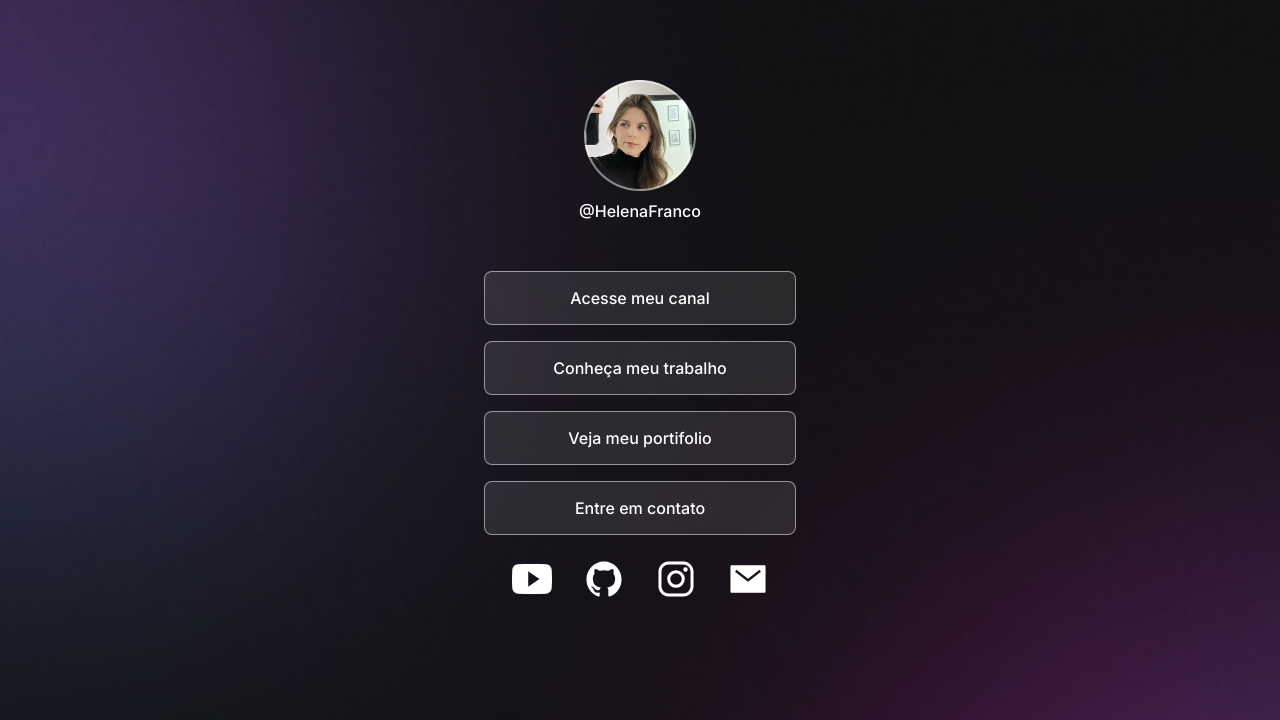
Repository: Fr4nc021/Pagina-de-links-
Page: index.html
These files come from the project's save history. The page is drawn as it stood at one moment and after the next save; the edit follows.
The browser window is 1280 px wide. The pictures show the whole page.

Above is the page before, as saved 2025-02-13 20:32:45.

### index.html
<!DOCTYPE html>
<html lang="pt-br">
<head>
    <link rel="preconnect" href="https://fonts.googleapis.com">
    <link rel="preconnect" href="https://fonts.gstatic.com" crossorigin>
    <link href="https://fonts.googleapis.com/css2?family=Inter:ital,opsz,wght@0,14..32,100..900;1,14..32,100..900&display=swap" rel="stylesheet">
    <meta charset="UTF-8">
    <meta name="viewport" content="width=device-width, initial-scale=1.0">
    <title>DevLinks</title>
    <link rel="stylesheet" href="style.css">
</head>
<body>
    <div id="container">
    <div id="profile">
    <img
        src="./assets/avatar.png"
        alt="Foto da Helena Franco sorrindo">
        <p>@HelenaFranco</p>
    </div>
    <div>
        <ul>
            <li>
                <a href="#" target="_blank">Acesse meu canal</a>
            </li>
            <li>
                <a href="#" target="_blank">Conheça meu trabalho</a>
            </li>
            <li>
                <a href="#" target="_blank">Veja meu portifolio</a>
            </li>
            <li>
                <a href="#" target="_blank">Entre em contato</a>
            </li>
        </ul>
    </div>
        <div id="social-links">
            <a href="https://www.youtube.com/@FR4NC021" target="_blank">
            <ion-icon name="logo-youtube"></ion-icon></a>

            <a href="https://github.com/Fr4nc021" target="_blank">
            <ion-icon name="logo-github"></ion-icon></a>

            <a href="https://www.instagram.com/h.franco__/" target="_blank">
            <ion-icon name="logo-instagram"></ion-icon></a>

            <ion-icon name="mail-sharp"></ion-icon></a>
        </div>
    </div>
    <script
    type="module"
    src="https://unpkg.com/ionicons@7.1.0/dist/ionicons/ionicons.esm.js" ></script>
<script
nomodule
src = "https://unpkg.com/ionicons@7.1.0/dist/ionicons/ionicons.js" ></script>
</body>
</html>

### style.css
* {
    margin: 0%;
    padding: 0%;
    box-sizing: border-box;
}


body {
background: url(./assets/bg-mobile.jpg) no-repeat top center/cover;
}

body * {
        font-family: "Inter", sans-serif;
        color: #ffffff;
      }

#container {
    width: 360px;
    margin: 56px auto 0px;
    padding: 0 24px;
}

#profile img {
    width: 112px;
    display: block;
    margin: auto;

}

#profile {
    text-align: center;
    padding: 24px;
}

#profile p {
    font-weight: 500;
    line-height: 24px;
    margin-top: 8px;
}

/* Links */

ul{
    list-style: none;
    display: flex;
    flex-direction: column;
    gap: 16px;

    padding: 24px 0;
}

ul li a {

        display: flex;
        align-items: center;
        justify-content: center;

        padding: 16px 24px;

        background: rgba(255, 255,255, 0.1);
        border: 1px solid rgba(255, 255, 255, 0.5);
        border-radius: 8px;

        -webkit-backdrop-filter: blur(4px);
        backdrop-filter: blur(4px);

        text-decoration: none;
        font-weight: 500;

        transition: background 0.2s;
    }

    /* pseudo-selector */

    ul li a:hover {
        background: rgba(255, 255, 255, 0.05);
        border: 1.5px solid white;
    }

    #social-links {
        display: flex;
        justify-content: center;
        gap: 32px;
        margin-top: 24px 0;
        font-size:40px;
    }

    #social-links a:hover {
        background: rgba(255, 255, 255, 0.02);
        padding: 16px;
        border-radius: 50%;
    }

After the next save:
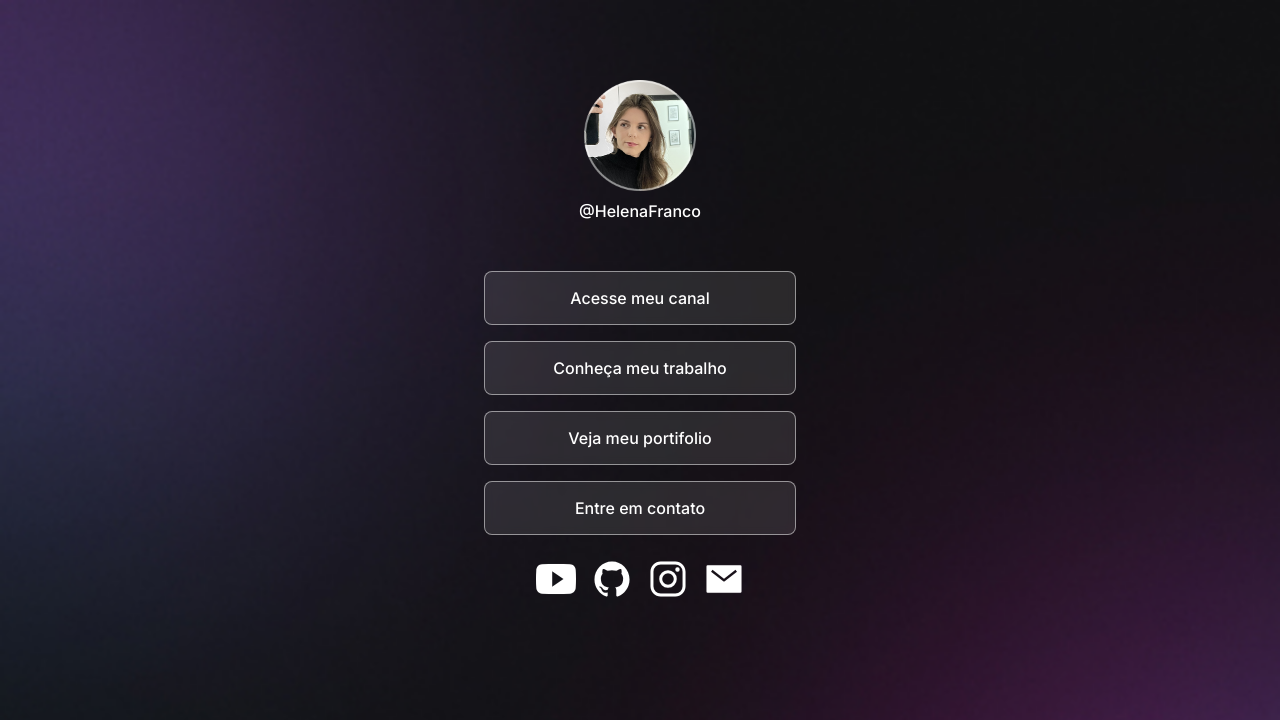
Saved 57 s later.
--- a/style.css
+++ b/style.css
@@ -80,10 +80,16 @@ ul li a {
     #social-links {
         display: flex;
         justify-content: center;
-        gap: 32px;
+        gap: 16px;
         margin-top: 24px 0;
         font-size:40px;
     }
+
+    #social-links a{
+        display: flex;
+        align-items: center;
+        justify-content: center;
+
 
     #social-links a:hover {
         background: rgba(255, 255, 255, 0.02);
